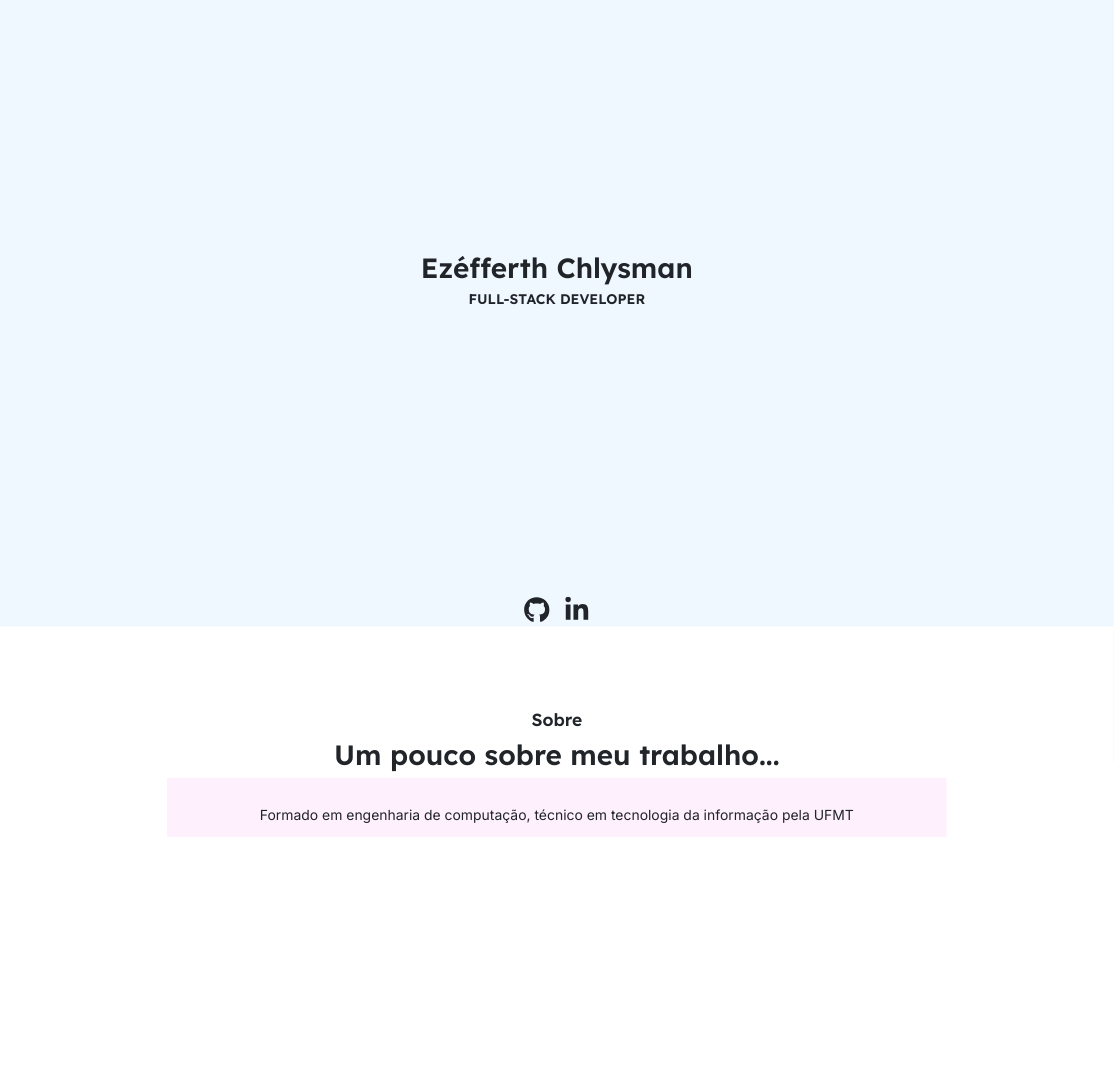
Repository: ezefferth/my-portfolio
Page: /
An editor plug-in stored every save of this project. The page is shown before and after a run of saves, followed by the edit.
The browser window is 1280 px wide. The pictures show the whole page, at 87% of full size.
The project was rebuilt for these pictures with package versions that can differ from the ones it lists, and the page was loaded fresh each time. The framework's server and built-in components were replaced by stand-ins that run in the browser. Also part of the build but not shown: next.config.js.

Above is the page before, as saved 2022-04-12 21:02:54.

After the next 2 saves:
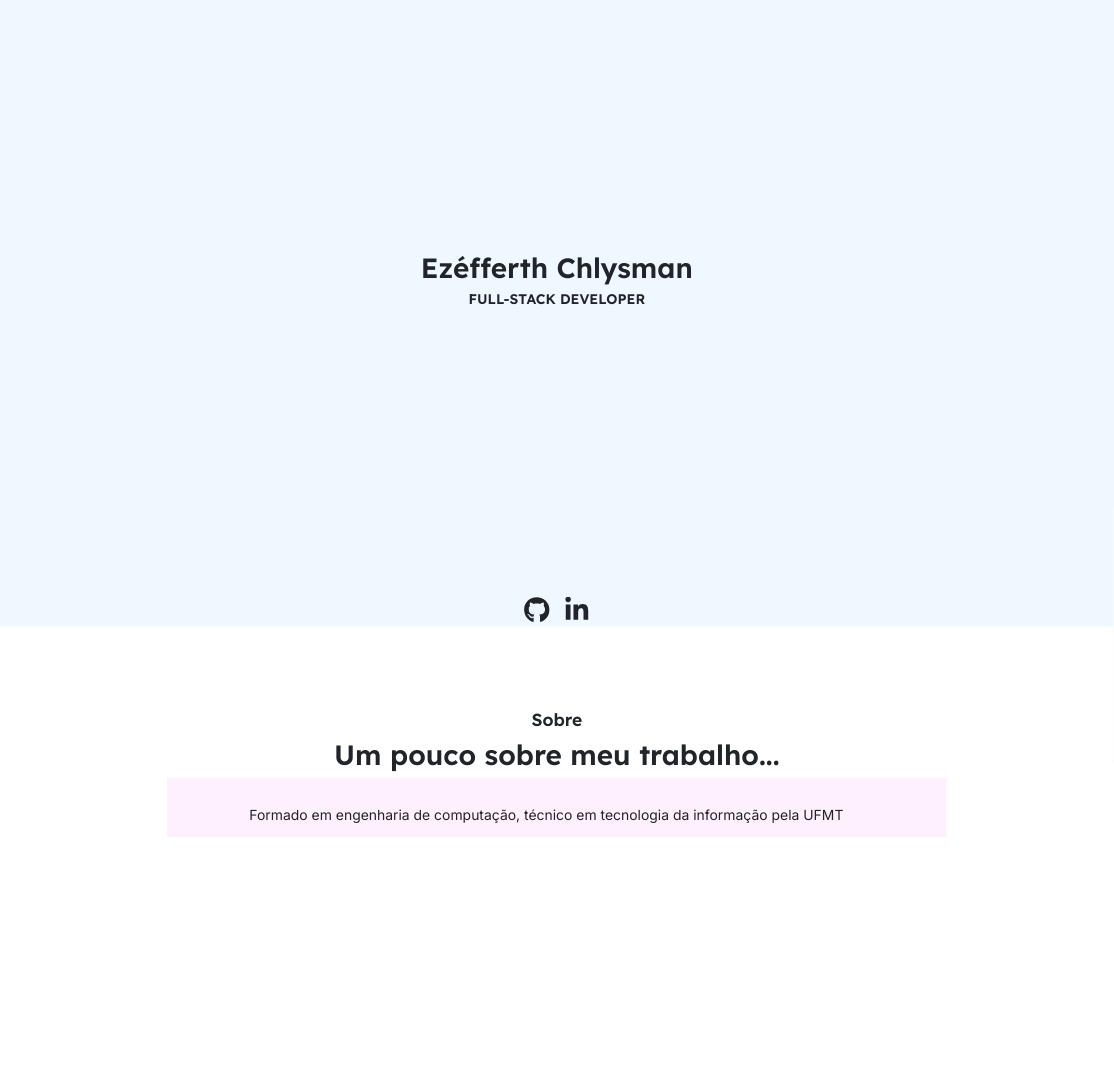
The 2 saves are shown as one change because they came seconds apart.
The last was saved 60 s later.
--- a/src/pages/index.tsx
+++ b/src/pages/index.tsx
@@ -32,13 +32,19 @@ const Home: NextPage = () => {
       <div className={styles.about}>
 
 
-          <h5 className={styles.sobreH5}>Sobre</h5>
+        <h5 className={styles.sobreH5}>Sobre</h5>
 
-          <h1>Um pouco sobre meu trabalho...</h1>
+        <h1>Um pouco sobre meu trabalho...</h1>
 
-          <div className={`row ${styles.resumo}`}>
-            <Resumo/>
+        <div className={`row ${styles.resumo}`}>
+          <div className={`row`}>
+
           </div>
+          <div className={`row`}>
+            <Resumo />
+          </div>
+
+        </div>
       </div>
 
     </div>
